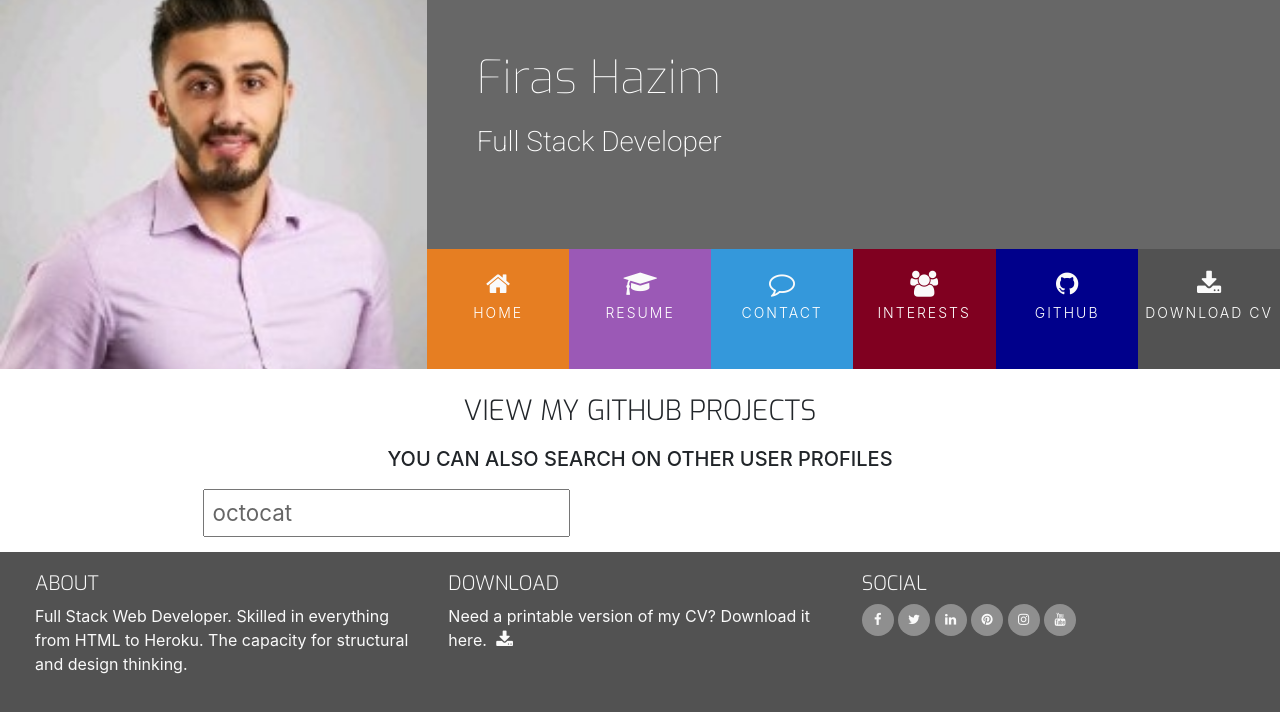
Repository: FirasH94/ResumeProject
Page: github.html
The author's editor kept a record of every edit. The page is drawn from the files as they stood at one moment, then again after the next edit.
The browser window is 1280 px wide. The pictures show the whole page.
The page's requests for data from a server got no answer. Some web libraries are served in a nearby version.

Above is the page before.

After the next edit:
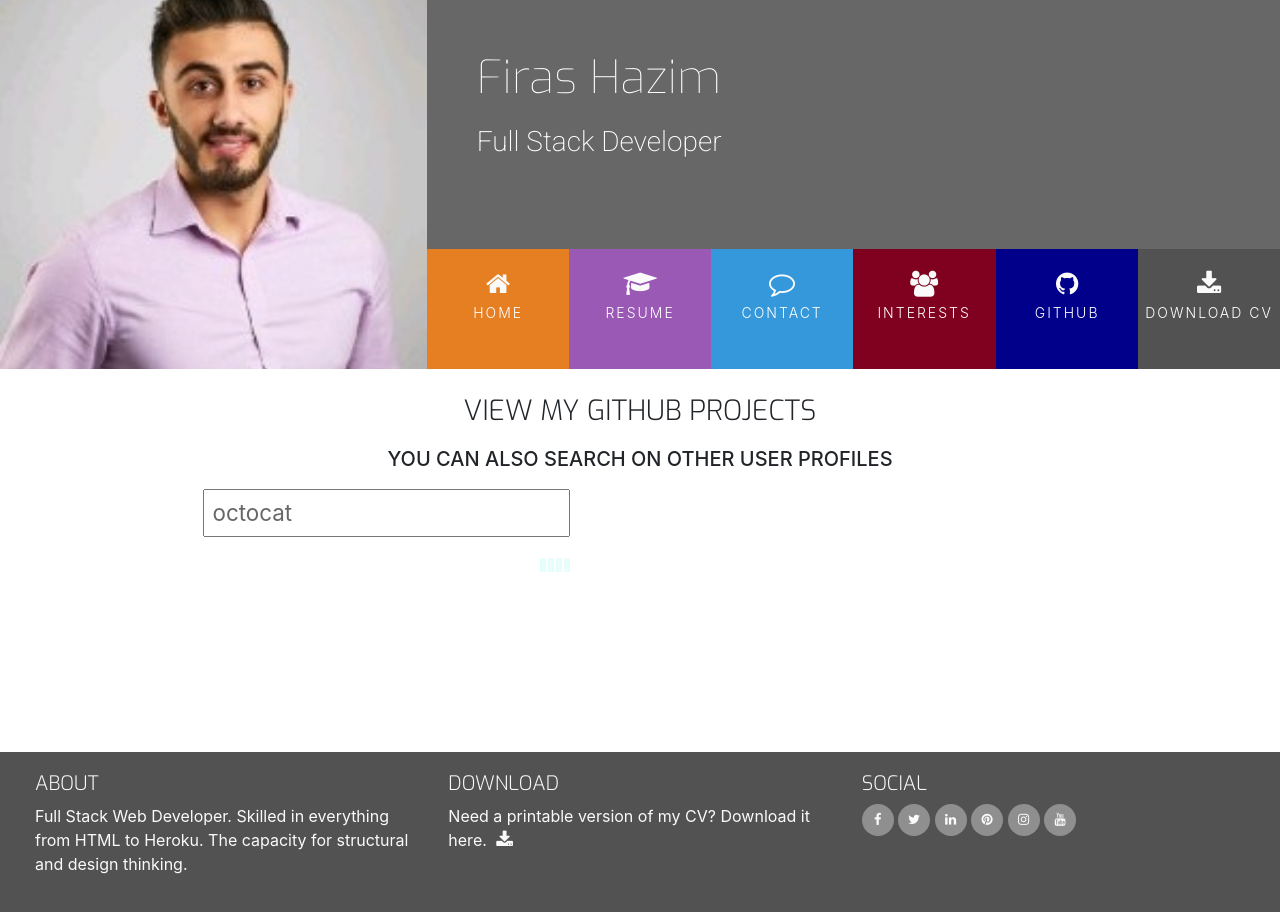
The edit:
--- a/assets/js/github-information.js
+++ b/assets/js/github-information.js
@@ -79,3 +79,5 @@
                     });
 
 }
+
+$(document).ready(fetchGitHubInformation);
